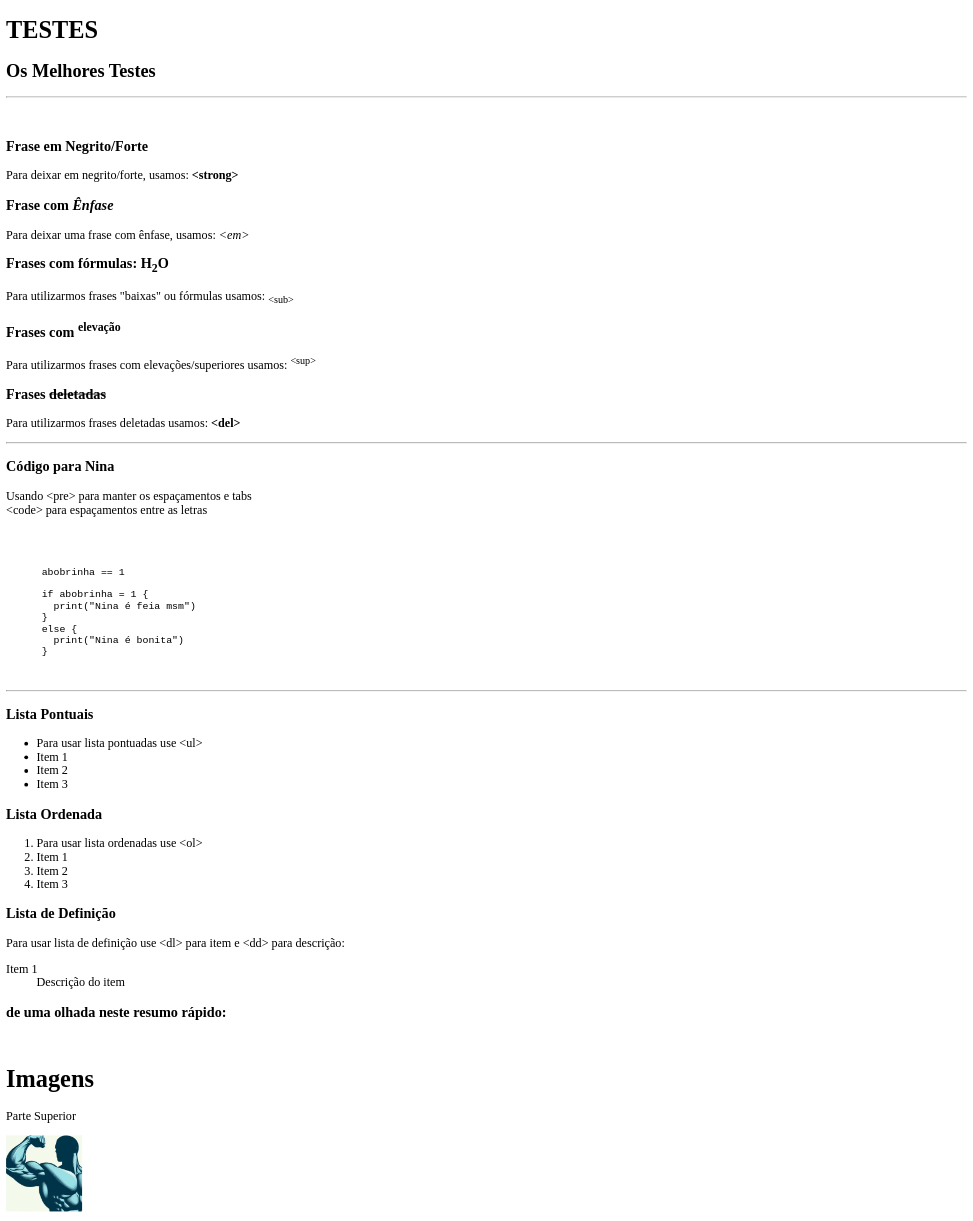
Repository: LuidyOn/Site_Forca_Total
Page: ForçaTotal/teste.html
These files come from the project's save history. The page is drawn as it stood at one moment and after the next save; the edit follows.
The browser window is 1280 px wide. The pictures show the whole page, at 76% of full size.

Above is the page before, as saved 2025-05-15 14:15:48.

### ForçaTotal/teste.html
<!DOCTYPE html>
<html lang="pt-br">
<head>
  <meta charset="UTF-8">
  <meta name="viewport" content="width=device-width, initial-scale=1.0">
  <link rel="shortcut icon" href="img/icons/logo.ico" type="image/x-icon">
  <title>Testes Força total</title>
</head>
<body>
  <h1>TESTES</h1>
  <h2>Os Melhores Testes</h2>

  <hr>

  <p><br></p>

  <h3>Frase em <strong>Negrito/Forte</strong></h3>
  <p>Para deixar em negrito/forte, usamos: <strong>&lt;strong&gt;</strong></p>

  <h3>Frase com <em>Ênfase</em></h3>
  <p>Para deixar uma frase com ênfase, usamos: <em>&lt;em&gt;</em></p>

  <h3>Frases com fórmulas: H<sub>2</sub>O</h3>
  <p>Para utilizarmos frases "baixas" ou fórmulas usamos: <sub>&lt;sub&gt;</sub></p>

  <h3>Frases com <sup>elevação</sup></h3>
  <p>Para utilizarmos frases com elevações/superiores usamos: <sup>&lt;sup&gt;</sup></p>

  <h3>Frases <del>deletadas</del></h3>
  <p>Para utilizarmos frases deletadas usamos: <strong>&lt;del&gt;</strong></p>

  <hr>

  <h3>Código para Nina</h3>
  <p>Usando &lt;pre&gt; para manter os espaçamentos e tabs <br> &lt;code&gt; para espaçamentos entre as letras</p>

  <p><br></p>

  <pre>
    <code>
      abobrinha == 1

      if abobrinha = 1 {
        print("Nina é feia msm")
      }
      else {
        print("Nina é bonita")
      }
    </code>
  </pre>

  <hr>

  <h3>Lista Pontuais</h3>
  <ul>
    <li>Para usar lista pontuadas use &lt;ul&gt;</li>
    <li>Item 1</li>
    <li>Item 2</li>
    <li>Item 3</li>
  </ul>

  <h3>Lista Ordenada</h3>
  <ol>
    <li>Para usar lista ordenadas use &lt;ol&gt;</li>
    <li>Item 1</li>
    <li>Item 2</li>
    <li>Item 3</li>
  </ol>

  <h3>Lista de Definição</h3>
  <dl>
    <dt>Para usar lista de definição use &lt;dl&gt; para item e &lt;dd&gt para descrição:</dt>

    <p></p>
    <dt>
      Item 1
      <dd>Descrição do item</dd>
    </dl>

    <h3>de uma olhada neste resumo rápido: <a href="https://www.youtube.com/watch?v=dQw4w9WgXcQ"></a></h3>

  <p><br></p>

  <h1>Imagens</h1>
  <p>Parte Superior</p>
  <img src="img/parteSerior.png" alt="parte superior" style="width: 100px; height: 100px;">
</body>
</html>

After the next save:
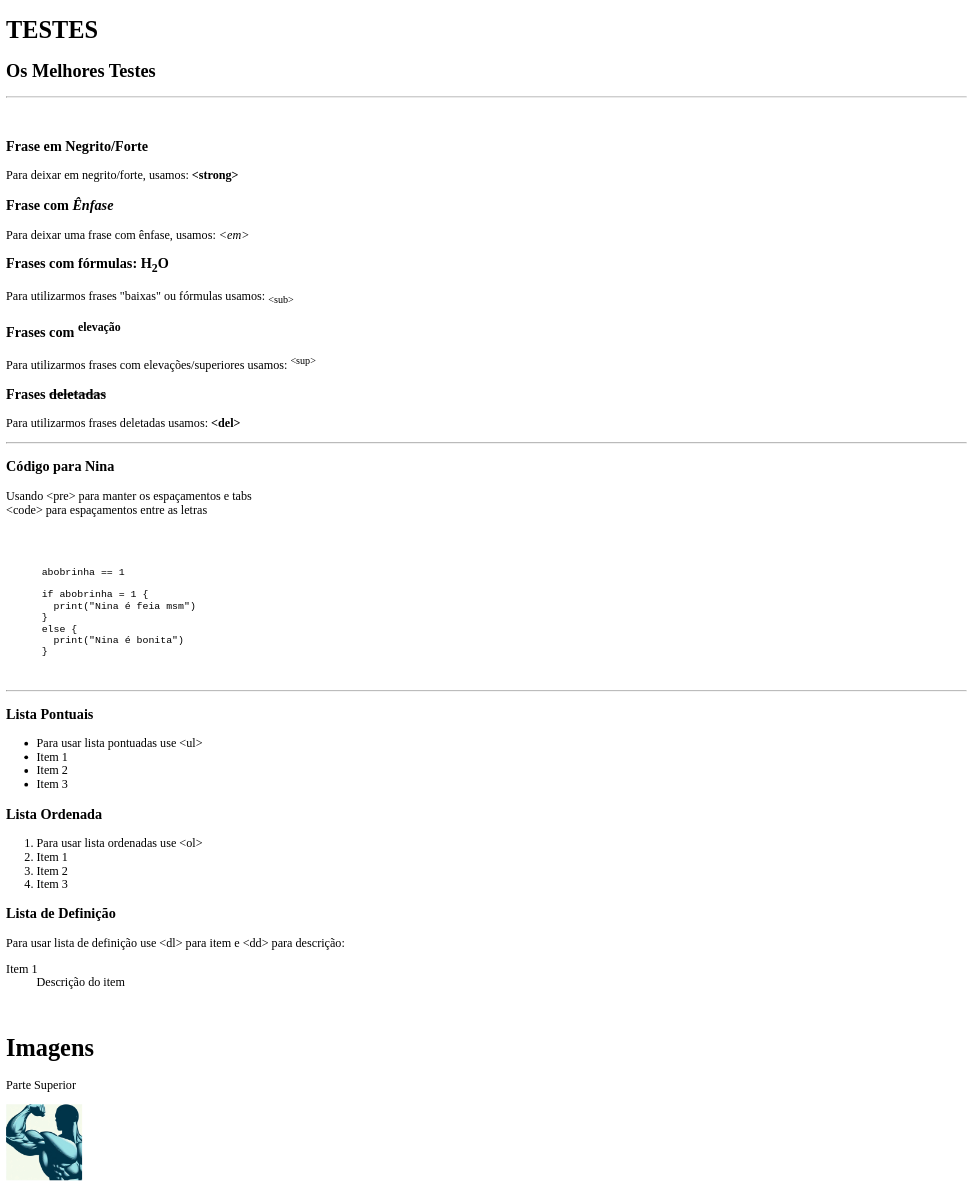
Saved 68 s later.
--- a/ForçaTotal/teste.html
+++ b/ForçaTotal/teste.html
@@ -77,7 +77,7 @@
       <dd>Descrição do item</dd>
     </dl>
 
-    <h3>de uma olhada neste resumo rápido: <a href="https://www.youtube.com/watch?v=dQw4w9WgXcQ"></a></h3>
+    <h3></h3>
 
   <p><br></p>
 
